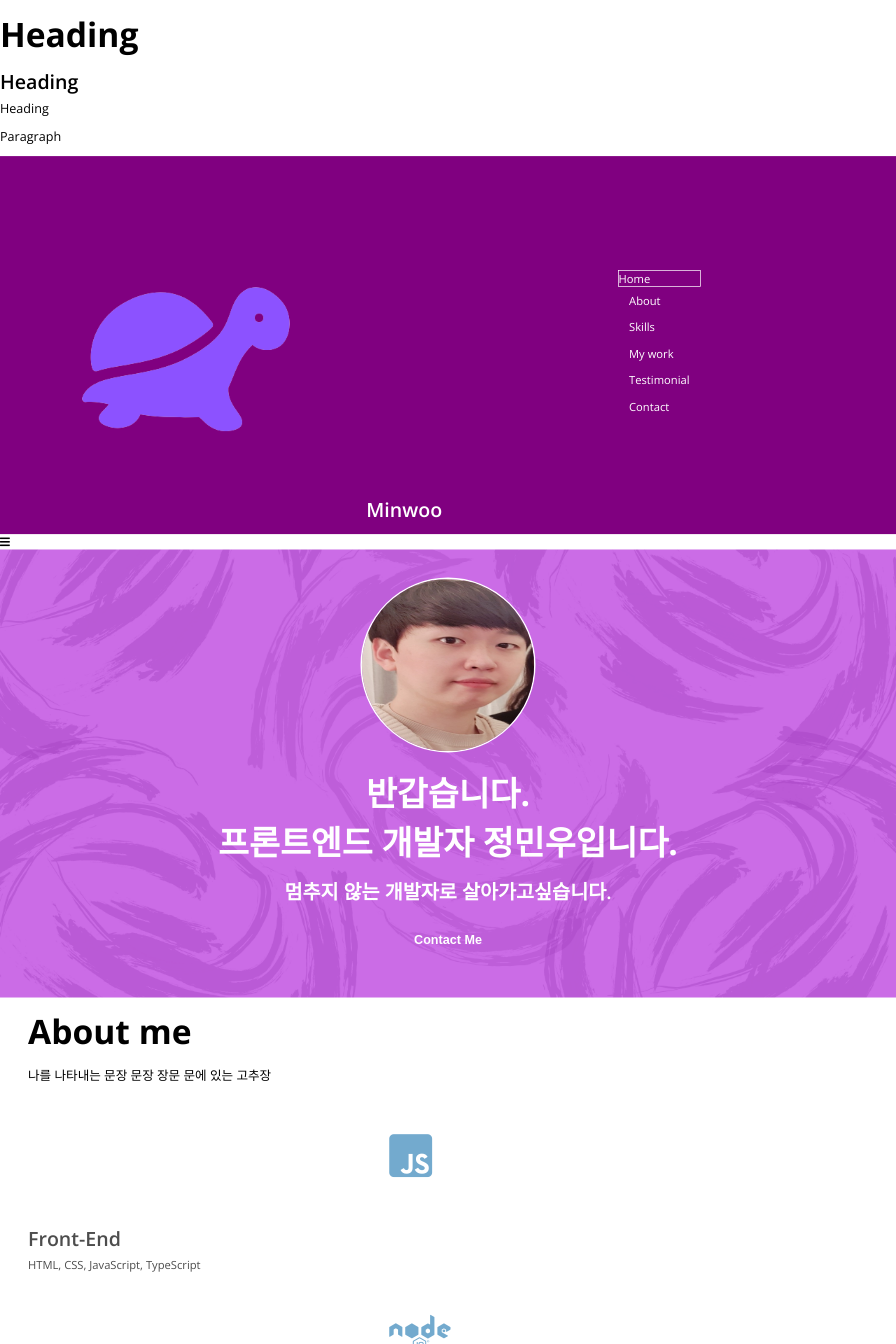
Repository: DevMinwoo-Jung/MinwooPortfolio
Page: index.html
These files come from the project's save history. The page is drawn as it stood at one moment and after the next save; the edit follows.
The browser window is 1280 px wide. The pictures show the part of the page from y = 0 to 1920 px (the page is 6200 px tall before and 6178 px after), at 70% of full size.

Above is the page before, as saved 2021-06-01 11:14:53.

After the next save:
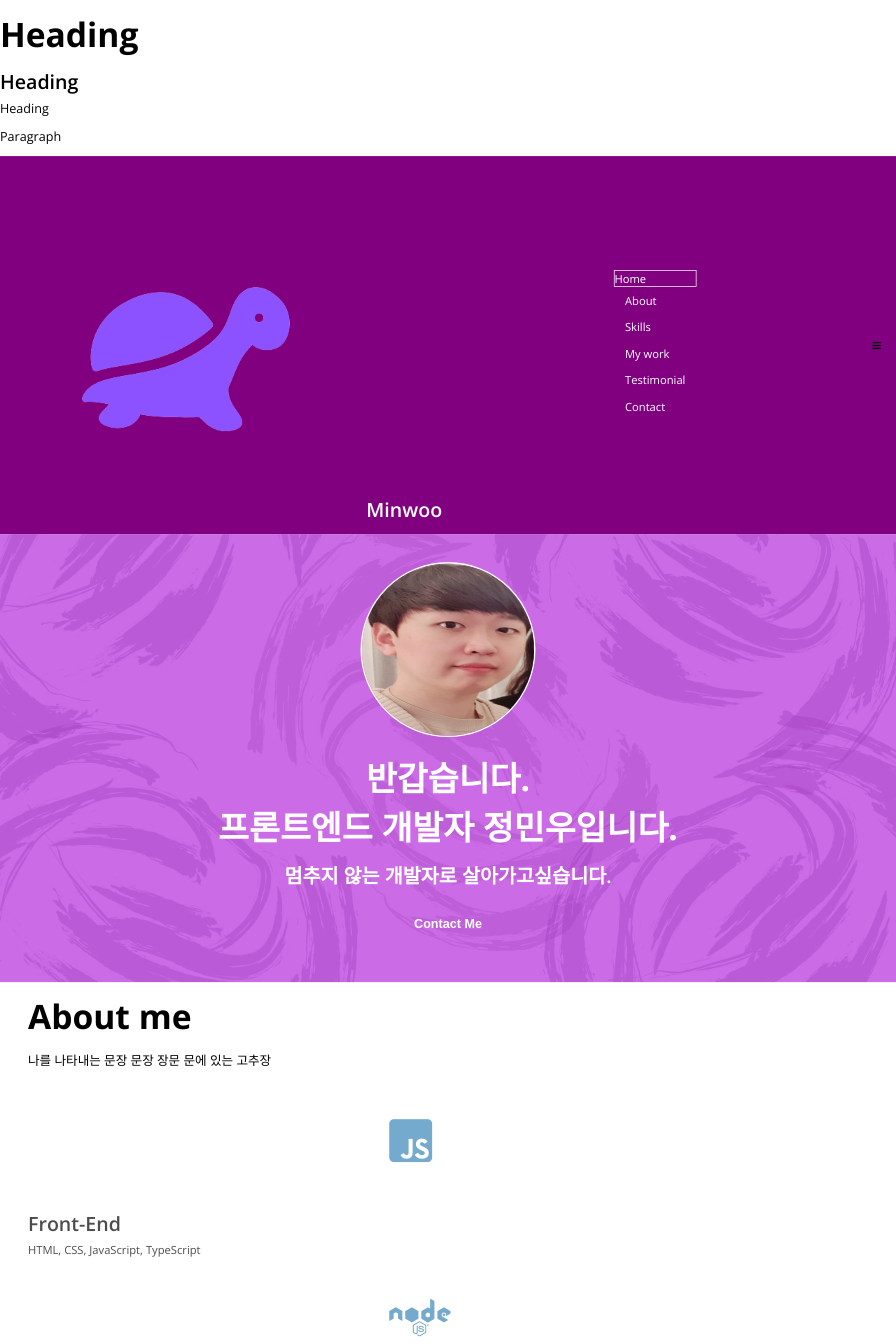
Saved 19 s later.
--- a/index.html
+++ b/index.html
@@ -35,11 +35,11 @@
       </ul>
   <!-- Toggle Button -->
       <button class="navbar__toggle-btn">
+        <i class="fas fa-bars"></i>
+      </button>
   </nav>
 
 
-    <i class="fas fa-bars"></i>
-  </button>
   <!-- Home -->
   <section id="home">
     <img src="imgs/myPhoto.jpg" alt="Minwoo's profile photo" class="home__avatar">
